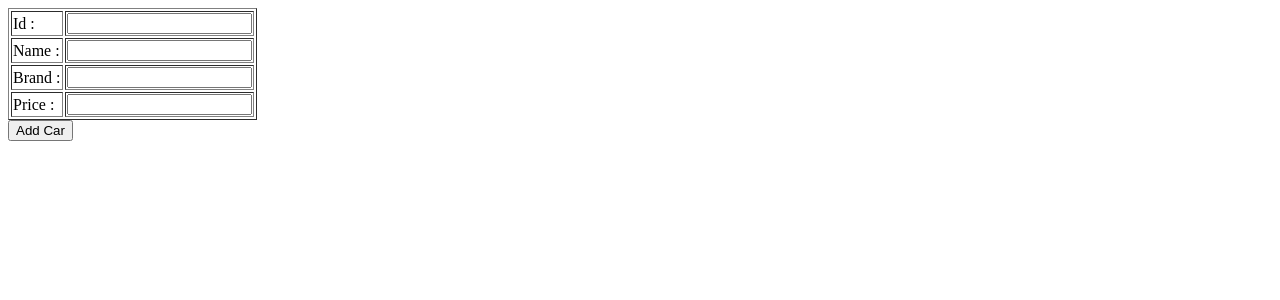
Repository: ragisd/J2EE
Page: http://localhost/cardekhowithservlets/add_car.jsp
An editor plug-in stored every save of this project. The page is shown before and after the next save, followed by the edit.
The browser window is 1280 px wide. The pictures show the whole page.
The page is served by Tomcat 9.

Above is the page before, as saved 2024-03-09 07:11:36.

After the next save:
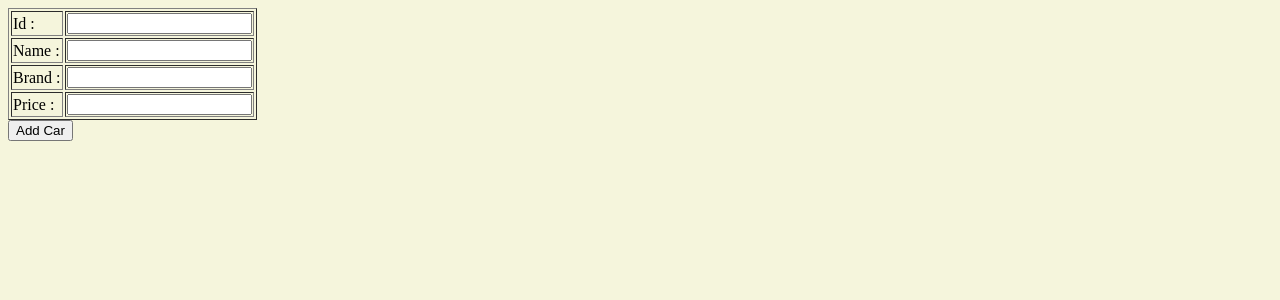
Saved 8 s later.
--- a/cardekhowithservlets/src/main/webapp/add_car.jsp
+++ b/cardekhowithservlets/src/main/webapp/add_car.jsp
@@ -8,7 +8,7 @@
 
 	<style type="text/css">
 		body{
-			background-color: golden-rod;
+			background-color: beige;
 		}
 	</style>
 </head>
